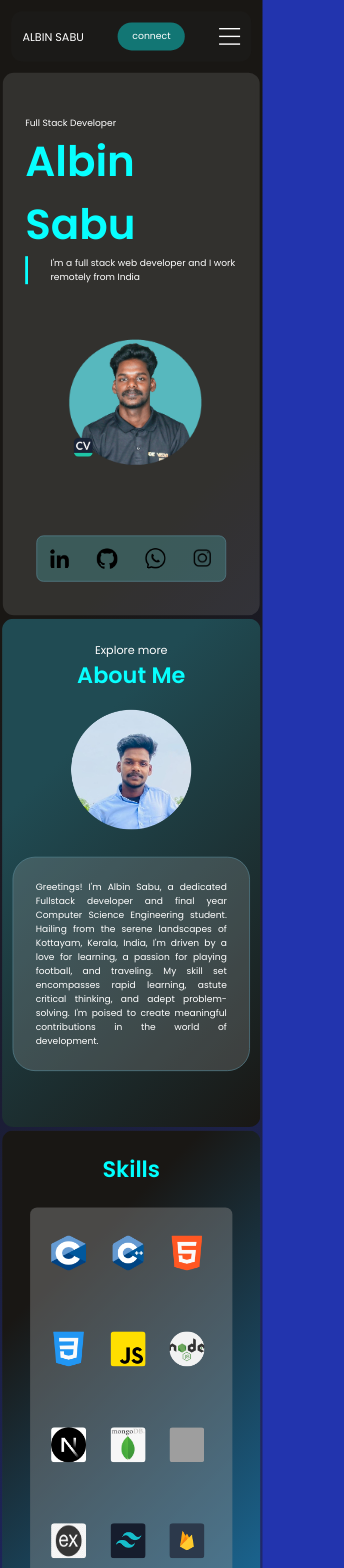
Repository: albinsabu2023/personalwebsite
Page: index.html
These files come from the project's save history. The page is drawn as it stood at one moment and after the next save; the edit follows.
The browser window is 375 px wide. The page is 375 px wide, then 492 px, so the pictures cover 492 px, including what lies to the right of the window. The pictures show the part of the page from y = 0 to 2240 px (the page is 3422 px tall before and 3588 px after), at 70% of full size.
Pictures or frames that could not be fetched are drawn as grey boxes.

Above is the page before, as saved 2023-09-04 14:43:26.

### index.html
<!DOCTYPE html>
<html lang="en">
<head>
    <meta charset="UTF-8">
    <meta name="viewport" content="width=device-width, initial-scale=1.0">
    <title>Document</title>
    <link rel="stylesheet" href="style.css">
    <link rel="stylesheet" href="media.css">
</head>
<body>
    <nav id="hero">
        <h3 class="title">Albin Sabu</h3>
        <ul>
            <li class><a href="#home">Home</a></li>
            <li><a href="#about">About Me</a></li>
            <li><a href="#skill">Skills</a></li>
            <li><a href="#project">Projects</a></li>
            <li><a href="#contact">Contact</a> </li>
        </ul>

        <button class="btn-connect">connect</button>
    </nav>
    <nav id="hamburger-nav">
        <div clas="logo"> ALBIN SABU</div>

        <button class="btn-connect">connect</button>
        <div class="hamburger-menu">
            <div class="hamburger-icon" onclick="toggleMenu()">
                <span></span>
                <span></span>
                <span></span>
            </div>

            <div class="menu-links">
                <li class><a href="#home" onclick="toggleMenu()">Home</a></li>
                <li><a href="#about" onclick="toggleMenu()">About Me</a></li>
                <li><a href="#skill">Skills</a></li>
                <li><a href="#project" onclick="toggleMenu()">Projects</a></li>
                <li><a href="#contact" onclick="toggleMenu()">Contact</a> </li>
            </div>

        </div>




    </nav>
    <div class="portfolio__body">
        <div id="home">

            <div class="profile__text">

                <p>Full Stack Developer</p>
                <h1>Albin Sabu</h1>
                <div class="profile__detail">
                    <span class="line"> </span>
                    <p class="profile__detail__p2">I'm a full stack web developer and I work remotely from India</p>

                </div>

            </div>
            <div class="profile__img">
                <img src="./assets/albin.png" class="profile" alt="profile">
                <div class="cv__btn" onclick="window.open('./assets/ALBIN SABU.pdf')">
                    <p>download</p>
                    <img src="./assets/cv.png" alt="cv" class="cv">
                </div>
            </div>

            <div class="profile__links">
                <img src="./assets/linkedin.png" alt="">
                <img src="./assets/github.png" alt="">
                <img src="./assets/whatsapp.png" alt="">
                <img src="./assets/insta.png" alt="">
            </div>
        </div>
        <div id="about">
            <div class="about__header">
                <p>Explore more</p>
                <h1 class="title">About Me</h1>
            </div>
            <div class="about__container">
                <div class="about__img">
                    <img src="./assets/about-pic.png" alt="">
                </div>
                <div class="about__details">
                    <p>Greetings! I'm Albin Sabu, a dedicated Fullstack developer and final year Computer Science Engineering
                        student. Hailing
                        from the serene landscapes of Kottayam, Kerala, India, I'm driven by a love for learning, a passion for
                        playing
                        football, and traveling. My skill set encompasses rapid learning, astute critical thinking, and adept
                        problem-solving.
                        I'm poised to create meaningful contributions in the world of development.</p>
                </div>
            </div>


        </div>
        <div id="skill">
            <h1 class="title">Skills</h1>

                <div class="skill__img">
                    <div class="div">
                        <img src="./assets/c.png" alt="skill" class="grid_1">
                        <img src="./assets/cpp.png" alt="skill" class="grid_2">
                        <img src="./assets/html.png" alt="skill" class="grid_3">
                    </div >
                   <div class="div">
                        <img src="./assets/css-3.png" alt="skill" class="grid_4">
                        <img src="./assets/js.png" alt="skill" class="grid_5">
                        <img src="./assets/nodejs.png" alt="skill" class="grid_6">
                   </div>
                    <div class="div">
                        <img src="./assets/next.png" alt="skill" class="grid_7">
                        <img src="./assets/mongodb.png" alt="skill" class="grid_8">
                        <img src="./assets/React.png" alt="skill" class="grid_9">
                    </div>
                    <div class="div">
                        <img src="./assets/express.png" alt="skill" class="grid_7">
                        <img src="./assets/tailwind.png" alt="skill" class="grid_8">
                        <img src="./assets/rebase.png" alt="skill" class="grid_9">
                    </div>


                </div>



        </div>
        <div id="project">
            <h1>Project</h1>
            <div class="all__projects">
                <div class="project__container">
                    <div class="project__img">
                        <img src="./assets/chatgpt-next.png" alt="">
                    </div>
                    <div class="project__details">
                        <h3>ChatGpt-Next</h3>
                        <!-- <p>2023<br>A ChatGpt Model WebApp created using nextjs with openaiApi</p> -->
                        <button class="btn-1">know more</button>
                    </div>

                </div>
                <div class="project__container">
                    <div class="project__img">
                        <img src="./assets/chatroom.png" alt="">
                    </div>
                    <div class="project__details">
                        <h3>ChatRoom</h3>
                        <!-- <p>2023<br>A ChatRoom  WebApp created using Reactjs with custonApi and firebase</p> -->
                        <button class="btn-1">know more</button>
                    </div>

                </div>
                <div class="project__container">
                    <div class="project__img">
                        <img src="./assets/portfolio.png" alt="">
                    </div>
                    <div class="project__details">
                        <h3>Portfolio</h3>
                        <!-- <p>2023<br>A Personal  Portfolio Project created using nextjs </p> -->
                        <button class="btn-1">know more</button>
                    </div>

                </div>
            </div>


        </div>
        <div id="contact">
           <h1>Contact</h1>
           <div class="contact__links">
                <img src="./assets/email.png" alt="">
                <p><a href="mailto:albinsullas13@gmial.com"></a>albinsullas13@gmail.com</p>

           </div>
            <div class="contact__links">
                <img src="./assets/linkedin.png" alt="">
                <p><a href=""></a>LinkedIn</p>

            </div>
            <div class="contact__links">
                <img src="./assets/loc.png" alt="">
                <p>Pathnamthitta.Kerala.India</p>

            </div>
            <div class="form">
                <form  class="form__container">
                    <div class="form__header">
                        <input type="text" placeholder="First Name">
                        <input type="text" placeholder="Last Name">
                    </div>
                    <input type="email" placeholder="Your Mail" >
                    <textarea  rows="8" cols="50" class="text"></textarea>
                    <button><a href="mailto:albinsullas13@gmail.com">Submit</a></button>
                </form>

            </div>
        </div>
    </div>

    <script src="index.js"></script>
</body>
</html>

### style.css
@import url('https://fonts.googleapis.com/css2?family=Poppins:ital,wght@0,300;0,400;0,500;0,600;1,300;1,500;1,600&display=swap');
*{
    margin:0;
    font-family: 'Poppins', sans-serif;

}
body{

    color: white;
    margin-top: 1rem;

    background-color: #2234ae;

    background-image: linear-gradient(315deg, #2234ae 0%, #191714 74%);

}
nav{
    position: sticky;
    z-index: 0;
    display: flex;
    padding: 1rem;
    margin: 1rem;
    background-color: rgba(34, 34, 34, 0.3);
    border-radius: 1rem;
    justify-content: space-between;

}

nav ul{
    list-style-type: none;
    display: flex;
    gap: 2rem;
    justify-content: space-between;



}


nav ul li{
    padding: 5px;
    border-radius: 1rem;
    text-align: center;
    width: 8rem;



}
nav ul li a{
    text-decoration: none;
    color: white;
}
nav ul li a:hover{
    color: rgb(7, 255, 255);
}

.btn-connect{
    background: rgb(7, 255, 255,0.4);
    border: none;
    color: white;
    padding: 10px;
    border-radius: 3rem;
    width: 6rem;

}
.btn-connect:hover{
    background: rgb(7, 255, 255, 0.6);
}

#home{

    padding: 2rem;
    /* border: #56828f 1px solid; */
    border-radius: 1rem;
    display: flex;
    margin: 3px;
    background: rgba(128, 128, 128, 0.24);
}

.line{
    border: rgb(7, 255, 255) 2px solid;

}
.profile__text{
    width: 50vw;
    object-fit: contain;
    text-align: justify;
    margin-top: 30px;
}
.profile__text p{
    font-size:30px ;
}
.profile__text h1{
    color: rgb(7, 255, 255);
    font-size:80px ;

}
.profile__detail{
    display: flex;
    flex-direction: col;
    gap: 2rem;

}
.profile__detail p{
    font-size: 30px;
}
.profile__img{
    width: 50%;
    align-items: center ;
    padding: 10px;
}
.profile__img img{
    height: 300px;
    width: 300px;
    position: relative;
}

.profile__links{

    align-items: center;
    justify-content: space-between;
    padding: 1rem;
    border-radius: 10px;
    display: flex;
    flex-direction: column;
    border: #56828f 1px solid;
    background:rgba(74, 153, 153, 0.4);

}

.cv__btn{
    display: flex;
}
.profile__img .cv__btn{
    background: rgb(7, 255, 255, 0.4);
        border: none;
        color: white;
        padding: 10px;
        border-radius: 3rem;
        width: 6rem;

}
.profile__img .cv__btn:hover{
    background: rgba(75, 243, 243, 0.7);
}
.profile__img .cv__btn img{
    width: 30px;
    height: 30px;
}
.profile__links img{
    height: 30px;
    width: 30px;
    display: flex;
    border-radius: 10px;
    padding: 1px;


}
#hamburger-nav {
    display: none;
    align-items: center;
}

.hamburger-menu {
    position: relative;
    display: inline-block;
}

.hamburger-icon {
    display: flex;
    flex-direction: column;
    justify-content: space-between;
    height: 24px;
    width: 30px;
    cursor: pointer;
}

.hamburger-icon span {
    width: 100%;
    height: 2px;
    background-color: rgb(255, 255, 255);
    transition: all 0.3 ease-in-out;
}

.menu-links {
    position: absolute;
    top: 100%;
    right: 0%;
    width: fit-content;
    max-height: 0;
    overflow: hidden;
    transition: all 0.3 ease-in-out;
}

.menu-links {
    display: block;
    margin-top: 9px;
    width: 8rem;
    text-align: center;
    font-size: 1.5rem;
    color: rgb(248, 243, 243);
    text-decoration: none;
    transform: all 0.3 ease-in-out;
    background: rgba(172, 172, 172, 0.24);
    border-radius: 1rem;
}

.menu-links li  {
    list-style-type: none;

}



.menu-links li a{
    text-decoration: none;
    color: white;

}

.menu-links.open {
    max-height: 300px;
}

.hamburger-icon.open span:first-child {
    transform: rotate(45deg) translate(10px, 5px);
}

.hamburger-icon.open span:nth-child(2) {
    opacity: 0;
}

.hamburger-icon.open span:last-child {
    transform: rotate(-45deg) translate(10px, -5px);
}

.hamburger-icon span:first-child {
    transform: none;
}

.hamburger-icon span:first-child {
    opacity: 1;
}

.hamburger-icon span:first-child {
    transform: none;
}


#about{
    margin: 3px;
    margin-top: 5px;
    padding: 2rem;
    /* border: #56828f 1px solid; */
    border-radius: 1rem;
    display: flex;
    flex-direction: column;
    background: rgba(128, 128, 128, 0.24);
    background-image: linear-gradient(315deg,  #191714 0%,#204b53 74%);
    background-repeat:none ;
    background-size: cover;
}
.about__header{
    display: flex;
    flex-direction: column;
    align-items: center;
    justify-content: center;
}
.about__header h1{
    color: rgb(7, 255, 255);
}
.about__container{
    padding: 1rem;
    display: flex;
    align-items: center;
   justify-content: center;

}
.about__container img {
        width: 300px;
        height: 280px;
        border-radius: 1rem;
        margin: 0;

}


.about__details{
    text-align: justify;
     padding:2rem ;
    max-width: 400px;
    background: rgba(172, 172, 172, 0.24);
    border-radius:2rem ;
    border: #56828f 1px solid;
    margin: 2rem;
}
 .about__container img {

     border-radius: 1rem;

 }
 #skill{
    margin: 3px;
    margin-top: 5px;
    padding: 2rem;
        /* border: #56828f 1px solid; */
    border-radius: 1rem;
    display: flex;
    flex-direction: column;
    background: rgba(128, 128, 128, 0.24);
    background-image: linear-gradient(315deg,#1a6e9f  0%, #191714 74%);
    background-repeat: none;
    background-size: cover;
    align-items: center;

 }
 .skill__container{
    display: flex;
    flex-wrap: wrap;


 }
 #skill h1{
    color: aqua;

 }
 .skill__img img{
    width: 70px;
    height: 70px;
    margin: 20px;
    border-radius: 5px;

 }
  .skill__img{
    background: rgb(148, 148, 148,0.4);
    padding: 20px;
    border-radius: 10px;

    display: inline-grid;
    column-gap: 5px;
    row-gap: 5px;
    grid-column: 4;
    grid-row: 4;
    align-items: center;
    justify-content: center;



  }

  #project{

        margin-top: 5px;
        padding: 2rem;
        margin-bottom: 40px;
        border-radius: 1rem;
        display: flex;
        flex-direction: column;
        background: rgba(128, 128, 128, 0.24);
        background-image: linear-gradient(315deg,#191714  0%, #255975 74%);
        background-repeat: none;
        background-size: cover;
        align-items: center;
  }
  #project h1{
    color: aqua;
    margin-bottom: 20px;
  }

  .project__container{
    display: flex;
    flex-direction: column;
    background-color: rgba(124, 124, 124, 0.5);
    padding: 20px;
    border-radius: 20px;
    margin: 1rem;
    align-items: center;

  }
  .project__img img{
    height: 200px;
    width: 200px;
    border-radius:20px ;
  }

  .project__details{
    display: flex;
    flex-direction: column;
    align-items: center;
    justify-content: center;
    margin: 5px;
    gap: 20px;
    padding: 10px;

  }
  .project__details h3{
    text-decoration: underline;
    color: aquamarine;

  }
  .project__details  button{
    background: rgb(49, 152, 152);
    border: none;
    padding: 10px;
    border-radius: 5px;
    color: white;

  }
  .all__projects{
    display: flex;

  }

  .all__projects::-webkit-scrollbar{
    display: none;
  }

  #contact{
         margin: 5px;
        padding: 2rem;

        border-radius: 1rem;
        display: flex;
        flex-direction: column;
        background: rgba(128, 128, 128, 0.24);
        background-image: linear-gradient(315deg, #191714 0%, #255975 74%);
        background-repeat: none;
        background-size: cover;
        align-items: center;
  }

  #contact h1{
    color: aqua;
    margin-bottom: 40px;
  }

  .contact__links{
    display: flex;
    align-items: center;
    justify-content: center;
    gap: 3px;
  }

  .contact__links img{
    height: 30px;
    width: 30px;
  }


  .form{
    display: flex;
    flex-direction: column;
    align-items: center;

  }

  .form__container{
    background: rgb(112, 112, 112,0.5);
    padding: 10px;
    margin: 2rem;
    display: flex;
    flex-direction: column;
    border-radius: 10px;
    align-items: center;
    justify-content: center;
    margin-bottom: 10px;


  }
  .form__container input{
    width: 98%;
    margin-bottom: 20px;
    color: white;
    border: none;
    padding: 3px;


  }
  .form__header{
    display: flex;

    gap: 10px;
  }
  .form__header input:focus{
    outline:none;
  }

  .form textarea{
    outline: none;
  }

  .form__container button{
    display: flex;
    align-items: center;
    justify-content: center;
    background: rgb(60, 180, 227);
    border:none;
    width: 90px;
    padding: 10px;
    margin: 10px;
    border-radius:20px;

  }
   .form__container button a{
    text-decoration: none;
    color: white;
   }

### media.css
@media  screen and (max-width:600px) {
    body{
        background-size:cover;
    }

    #hero{
        display: none;
    }
    nav ul{
        flex-direction: column;
        display: none;


    }
    #home{
        margin: 4px;
        flex-direction: column;
        justify-content: center;


    }

    #hamburger-nav {
         display: flex;

    }

    .profile__text{
        width:80vw;
    }
    .profile__text p{
        font-size: small;
    }
    .profile__text h1{
        font-size: 60px;
    }

    .profile__img .cv__btn img{
    width: 30px;
    height: 30px;

    top: 36rem;
    }
    .profile__img .cv__btn:hover {
        background: none;
    }

    .profile__img img{
        padding: 3rem;
       width: 200px;
       height: 200px;
    }
    .profile__links{
        display: flex;
        flex-direction: row;
    }

        .profile__img .cv__btn p {
            display: none;

        }
        .profile__img .cv__btn{
            background: none;
        }
        .about__container{
            flex-direction: column;

        }
        .about__container img{
            width: 200px;
            height: 180px;
            border-radius: 1rem;
            margin: 0;
        }

        .about__details{
            width: 100%;
        }

        .about__details p {
            font-size: small;

        }
    .skill__img img {
        width: 50px;
        height: 50px;
        margin-left: 10px;
    }
    #skill  h1{
        margin-bottom: 30px;
    }

    .skill__container{
        padding: 4px;

    }
    .skill__img .div{
        margin-bottom:35px;
    }

        .project__img img {
            height: 250px;
            width:200px;
            border-radius: 20px;

        }

        .project__details {
            display: flex;
            flex-direction: column;
            align-items: center;
            justify-content: center;
            margin: 1rem;
            gap: 20px;
        }
        .project__container{
            padding: 10px;
            align-items: center;
            margin: 10px;
            height: 60vh;
        }
        .project__details p{
            font-size: small;

        }
        .all__projects{
          display: flex;
          overflow-x: scroll;
          width: 100%;

        }
        #project{
            width: 95%;
            padding: 5px;
            margin: 5px;
        }

        #contact{
           margin: 0;
        }
        .form__container{

            width: 90%;

        }
        .form{
            margin: 2rem;


        }
        .contact__links{
            padding: 10px;
        }
        form textarea{
            display: none;
        }





}

@media screen and (max-width:1200px){
    #home {
            margin: 4px;
            flex-direction: column;

        }
        .profile__links {
            display: flex;
            flex-direction: row;
        }

}
@media screen and (max-width:400px) {
    #home {
        margin: 4px;
        flex-direction: column;

    }

    .profile__links {
        display: flex;
        flex-direction: row;
        margin: 1rem;
    }
        .profile__img img {
            align-items: center;
        }
    .profile__img .cv__btn img {
        width: 30px;
        height: 30px;
        position: absolute;
        top: 36rem;
    }
    .profile__img .cv__btn p{
        display: none;
    }
    #contact {
        margin: 0;
    }

        .form__container {
            margin: 0;


        }
                .form {
                    margin: 0;

                }

                .contact__links {
                    padding: 10px;
                }

}

### index.js
function toggleMenu() {
  const menu = document.querySelector(".menu-links");
  const icon = document.querySelector(".hamburger-icon");
  menu.classList.toggle("open");
  icon.classList.toggle("open");
}

function submit() {
  window.location.href = "mailto:albinsullas13@gmail.com";
}

After the next save:
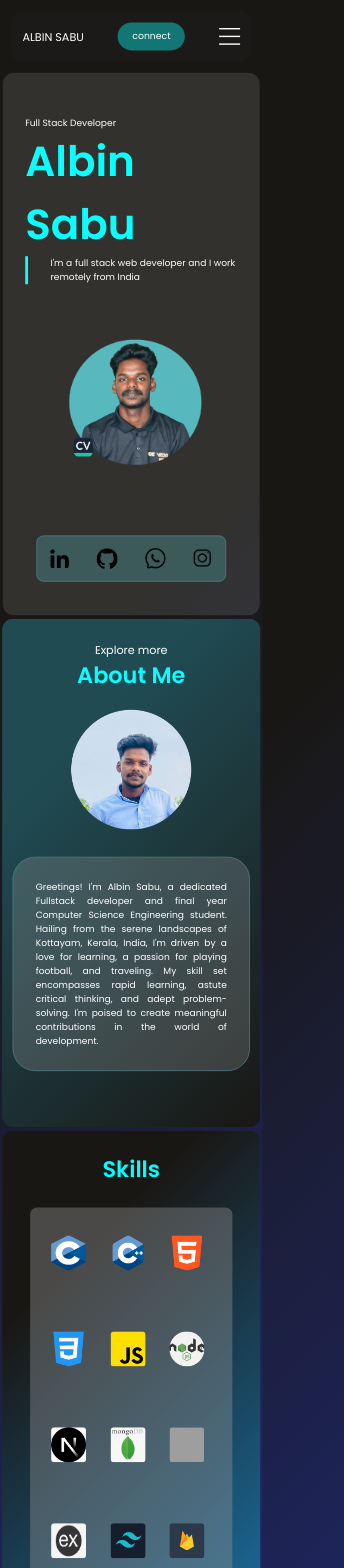
Saved 32 s later.
--- a/media.css
+++ b/media.css
@@ -152,7 +152,8 @@
             padding: 10px;
         }
         form textarea{
-            display: none;
+            columns: 30;
+
         }
 
 
